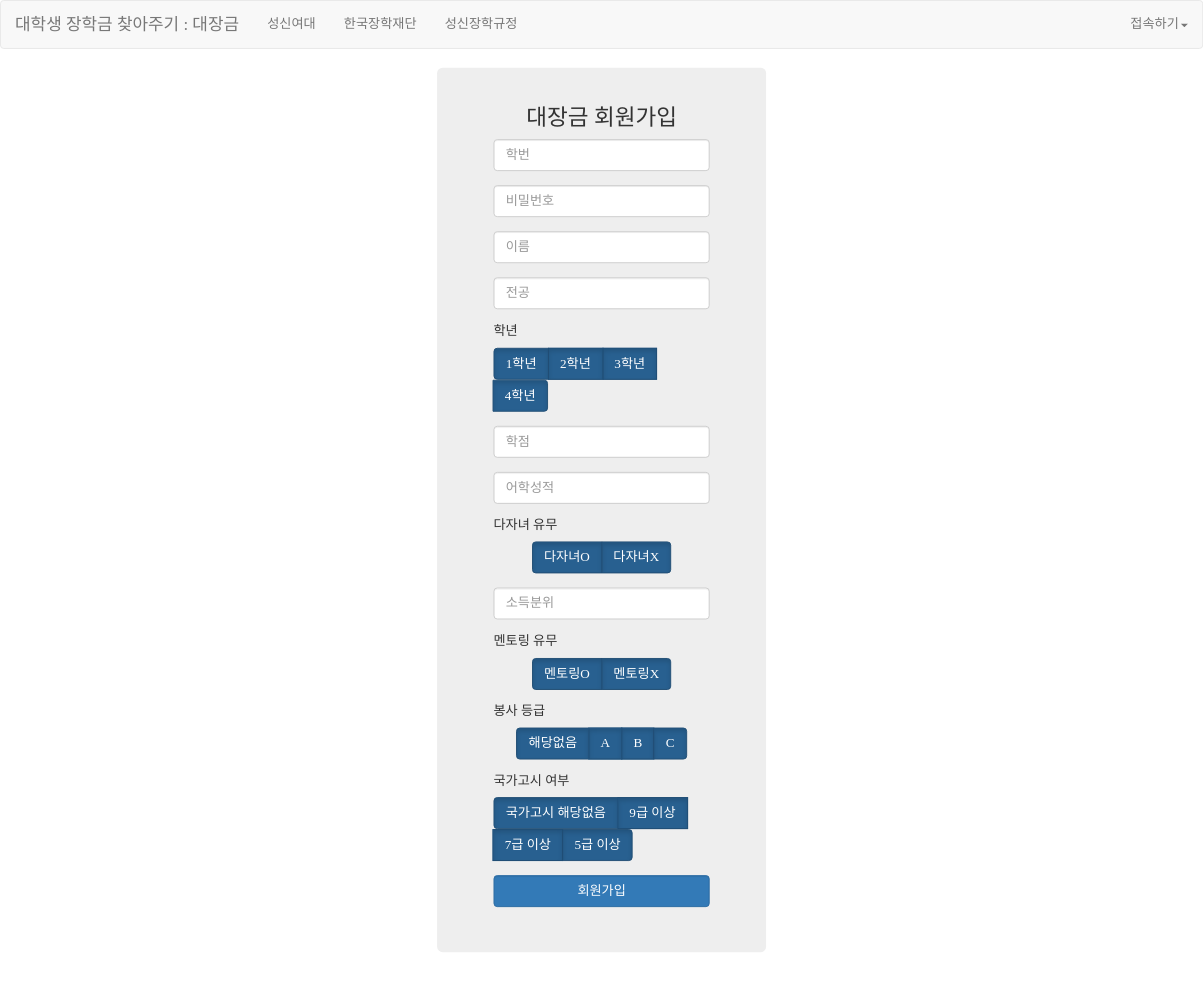
Repository: jiwon-214/DJG
Page: http://localhost/DJG/join.jsp
These files come from the project's save history. The page is drawn as it stood at one moment and after the next save; the edit follows.
The browser window is 1280 px wide. The pictures show the whole page, at 94% of full size.
Some web fonts or font styles are not loaded; a fallback is used. Some web libraries are served in a nearby version. The page is served by Tomcat 9.

Above is the page before, as saved 2022-01-04 19:17:00.

After the next save:
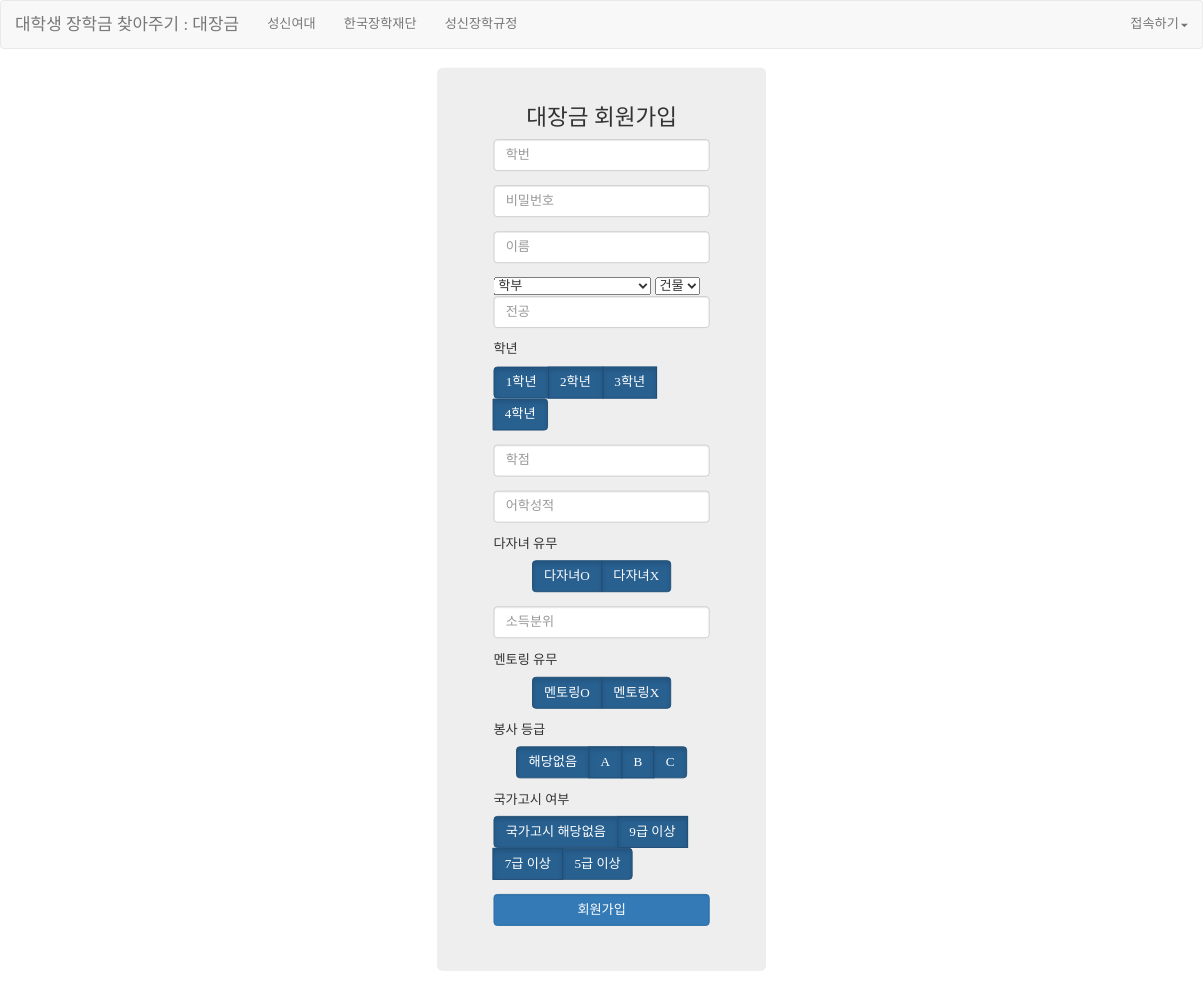
Saved 24 min 13 s later.
--- a/DJG/WebContent/join.jsp
+++ b/DJG/WebContent/join.jsp
@@ -55,6 +55,27 @@
                <div class="form-group">
                   <input type="text" class="form-control" placeholder="이름" name="userName" maxlength="20">
                </div>
+               <select name="department" onchange="changeDpt(this)">
+                        <option value="none" selected disabled>학부</option>
+                        <option value="인문과학대학">인문과학대학</option>
+                        <option value="사회과학대학">사회과학대학</option>
+                        <option value="법과대학">법과대학</option>
+                        <option value="자연과학대학">자연과학대학</option>
+                        <option value="지식서비스공과대학">지식서비스공과대학</option>
+                        <option value="간호대학">간호대학</option>
+                        <option value="Health&Wellness College">Health&Wellness College</option>
+                        <option value="사회과학대학">사회과학대학</option>
+                        <option value="법과대학">법과대학</option>
+                        <option value="인문과학대학">인문과학대학</option>
+                        <option value="사회과학대학">사회과학대학</option>
+                        <option value="법과대학">법과대학</option>
+
+               </select>
+
+                    <select name="building" id="building">
+                        <option selected disabled>건물</option>
+                    </select>
+
                <div class="form-group">
                   <input type="text" class="form-control" placeholder="전공" name="userMajor" maxlength="20">
                </div>
